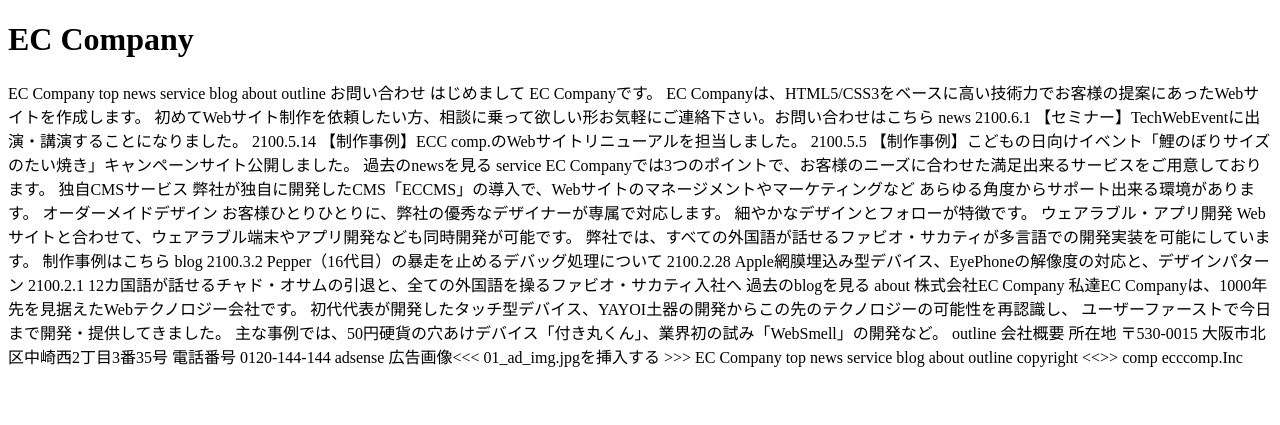
Repository: hsn320/html-practice
Page: html2/work01/work01.html
An editor plug-in stored every save of this project. The page is shown before and after the next save, followed by the edit.
The browser window is 1280 px wide. The pictures show the whole page.

Above is the page before, as saved 2025-10-01 22:25:22.

### html2/work01/work01.html
<!DOCTYPE html>
<html lang="en">
<head>
    <meta charset="UTF-8">
    <meta name="viewport" content="width=device-width, initial-scale=1.0">
    <title>EC Company</title>
</head>
<body>
    <h1>EC Company</h1>
    EC Company

top
news
service
blog
about
outline
お問い合わせ

はじめまして EC Companyです。
EC Companyは、HTML5/CSS3をベースに高い技術力でお客様の提案にあったWebサイトを作成します。 初めてWebサイト制作を依頼したい方、相談に乗って欲しい形お気軽にご連絡下さい。お問い合わせはこちら

news
2100.6.1
【セミナー】TechWebEventに出演・講演することになりました。
2100.5.14
【制作事例】ECC comp.のWebサイトリニューアルを担当しました。
2100.5.5
【制作事例】こどもの日向けイベント「鯉のぼりサイズのたい焼き」キャンペーンサイト公開しました。

過去のnewsを見る

service
EC Companyでは3つのポイントで、お客様のニーズに合わせた満足出来るサービスをご用意しております。
独自CMSサービス

弊社が独自に開発したCMS「ECCMS」の導入で、Webサイトのマネージメントやマーケティングなど あらゆる角度からサポート出来る環境があります。
オーダーメイドデザイン

お客様ひとりひとりに、弊社の優秀なデザイナーが専属で対応します。 細やかなデザインとフォローが特徴です。
ウェアラブル・アプリ開発

Webサイトと合わせて、ウェアラブル端末やアプリ開発なども同時開発が可能です。 弊社では、すべての外国語が話せるファビオ・サカティが多言語での開発実装を可能にしています。

制作事例はこちら

blog
2100.3.2
Pepper（16代目）の暴走を止めるデバッグ処理について
2100.2.28
Apple網膜埋込み型デバイス、EyePhoneの解像度の対応と、デザインパターン
2100.2.1
12カ国語が話せるチャド・オサムの引退と、全ての外国語を操るファビオ・サカティ入社へ

過去のblogを見る

about
株式会社EC Company

私達EC Companyは、1000年先を見据えたWebテクノロジー会社です。 初代代表が開発したタッチ型デバイス、YAYOI土器の開発からこの先のテクノロジーの可能性を再認識し、 ユーザーファーストで今日まで開発・提供してきました。 主な事例では、50円硬貨の穴あけデバイス「付き丸くん」、業界初の試み「WebSmell」の開発など。

outline
会社概要
所在地
〒530-0015 大阪市北区中崎西2丁目3番35号
電話番号
0120-144-144

adsense
広告画像<<< 01_ad_img.jpgを挿入する >>>

EC Company
top
news
service
blog
about
outline

copyright <<<copyrightマークに差し替え>>> comp ecccomp.Inc

</body>
</html>

After the next save:
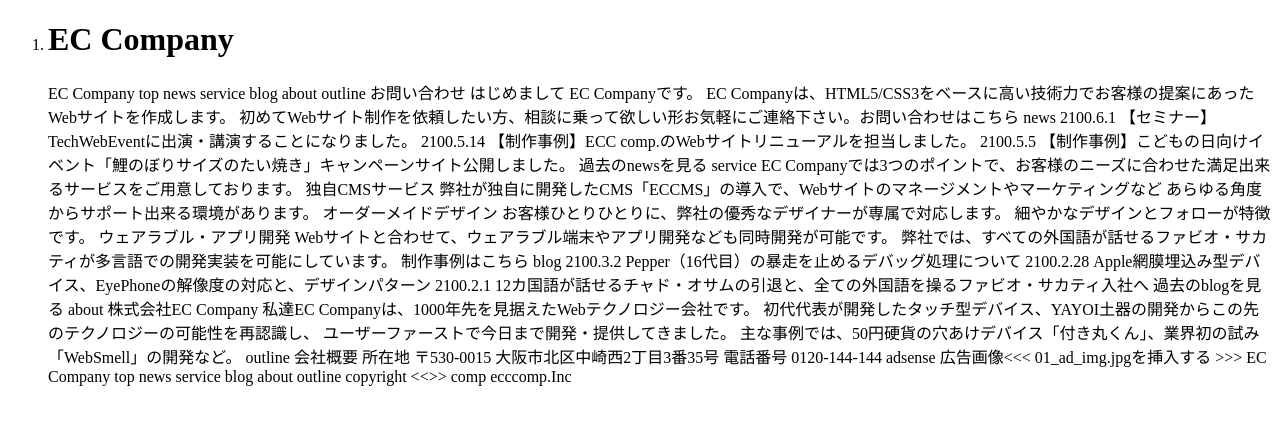
Saved 3 min 33 s later.
--- a/html2/work01/work01.html
+++ b/html2/work01/work01.html
@@ -6,7 +6,10 @@
     <title>EC Company</title>
 </head>
 <body>
-    <h1>EC Company</h1>
+    <ol>
+        <li>
+            <h1>EC Company</h1>
+        </li>
     EC Company
 
 top
